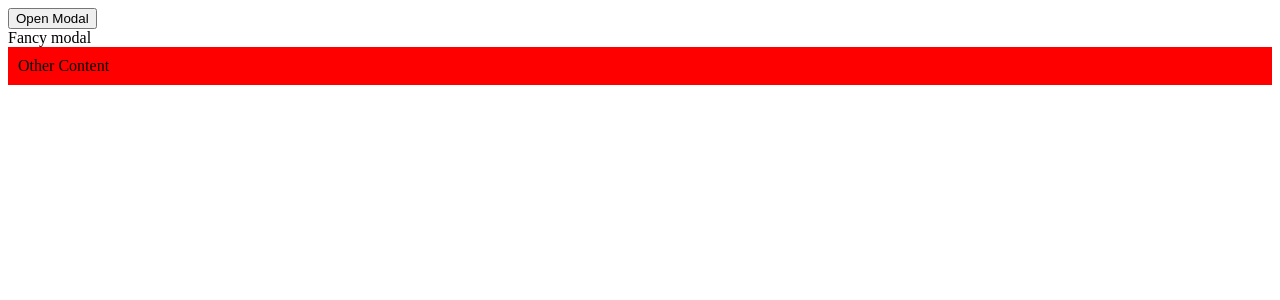
Repository: devogi/myFirstReactPortal
Page: /
An editor plug-in stored every save of this project. The page is shown before and after a run of saves, followed by the edit.
The browser window is 1280 px wide. The pictures show the whole page.
The project was rebuilt for these pictures with package versions that can differ from the ones it lists, and the page was loaded fresh each time.

Above is the page before, as saved 2022-03-16 14:15:22.

After the next 7 saves:
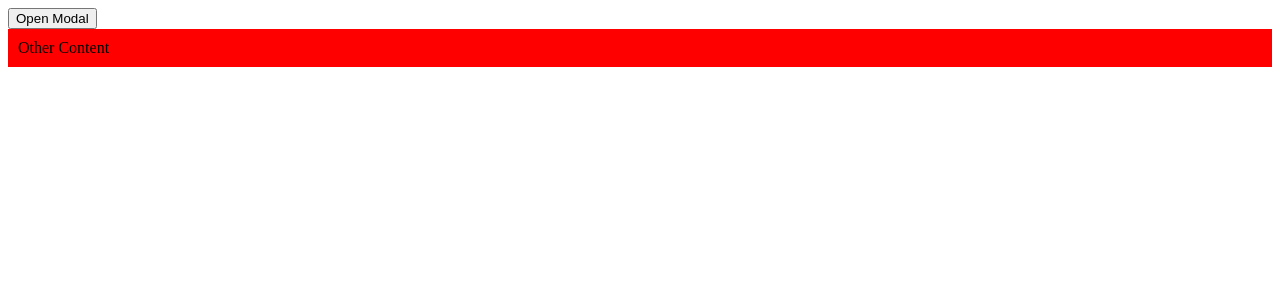
The 7 saves are shown as one change because they came seconds apart.
The last was saved 41 s later.
--- a/src/Modal.js
+++ b/src/Modal.js
@@ -10,6 +10,7 @@ const MODAL_STYLES = {
   padding: "50px",
 };
 
-export default function Modal({children, open ,}) {
+export default function Modal({ children, open, onClose }) {
+  if (!open) return null;
   return <div>{children}</div>;
 }
